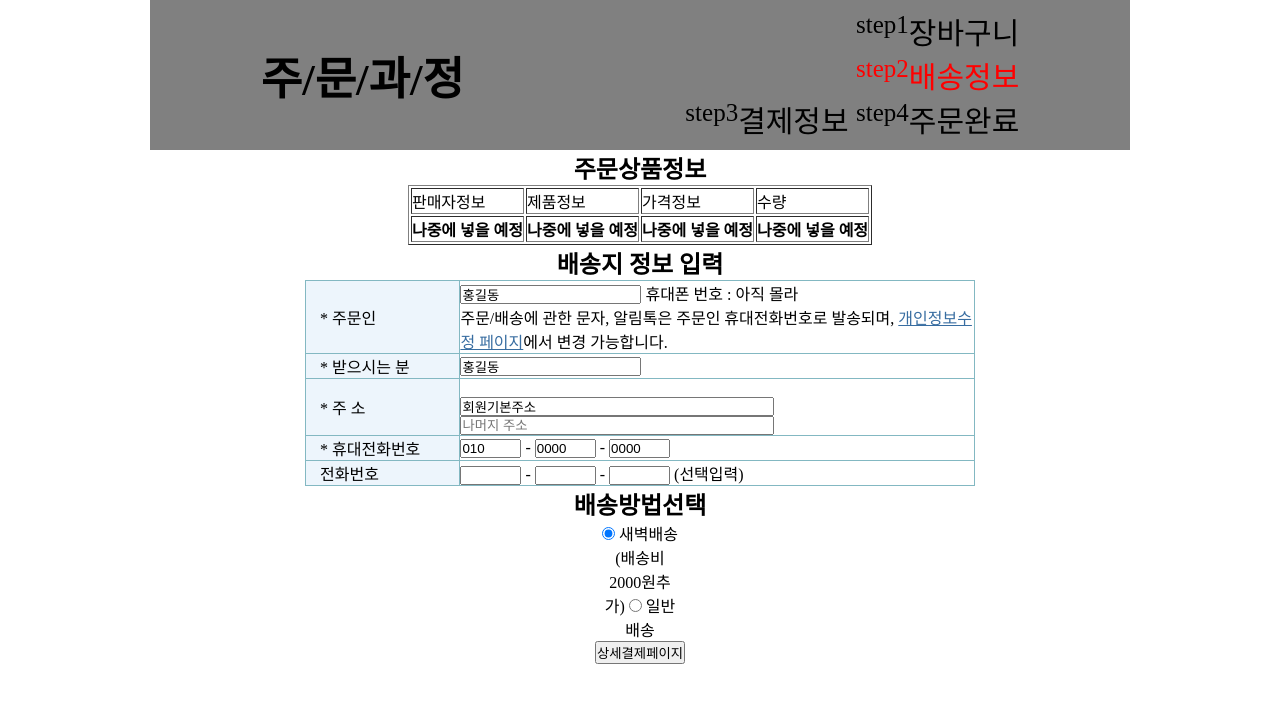
Repository: kym-1000/book
Page: http://localhost/book/WEB-INF/views/cart/ShippingInformation.jsp
These files come from the project's save history. The page is drawn as it stood at one moment and after the next save; the edit follows.
The browser window is 1280 px wide. The pictures show the whole page.
The page is served by Tomcat 9. Nobody is signed in. Other server files are loaded and not shown. The template is opened directly, without the code that normally fills it, so the values that code supplies are empty.

Above is the page before, as saved 2023-01-02 05:21:22.

### book/book/src/main/webapp/WEB-INF/views/cart/ShippingInformation.jsp
<%@ page language="java" contentType="text/html; charset=UTF-8"
    pageEncoding="UTF-8"%>
<%@ taglib uri="http://java.sun.com/jsp/jstl/core" prefix="c" %>

<!DOCTYPE html>
<html>
<head>
<meta charset="UTF-8">
<title>Insert title here</title>
<style type="text/css">


	*{
		margin: auto;
		padding: 0;
		}


	#pagetop{
		margin-left: 150px;
		margin-right: 150px;
	    background-color: grey;
	    font-size: 30px;
		height: 150px;
		display : flex;
	  	/* justify-content : center; */
	  	align-items : center;
		}

	#productinfo{
		margin-left: 150px;
		margin-right: 150px;
		display : flex;
		align-items : center;
		}

	#DefaultAddr{
		margin-left: 150px;
		margin-right: 150px;
		display : flex;
		align-items : center;
		}

	#productprice{
		margin-left: 600px;
		margin-right: 600px;
		display : flex;
		align-items : center;
		border: 1 solid;
		text-align: center;
	}

	#btn{
		text-align: center;
		align-items : center;
		display : flex;
	}



</style>
</head>
<body>

	<div id="pagetop">
		<h2 style="text-align: left;">
			주/문/과/정
		</h2>
		<div style="text-align: right;">
		<sup>step1</sup>장바구니
		<div style="color: red">
		<sup>step2</sup>배송정보
		</div>
		<sup>step3</sup>결제정보
		<sup>step4</sup>주문완료
		</div>
	</div>

		<h2 style="text-align: center;">
			주문상품정보
		</h2>

	<div id="productinfo">
		<table border="1">
			<tr>
				<td>판매자정보</td>
				<td>제품정보</td>
				<td>가격정보</td>
				<td>수량</td>
			</tr>
			<tr>
				<th>나중에 넣을 예정</td>
				<th>나중에 넣을 예정</td>
				<th>나중에 넣을 예정</td>
				<th>나중에 넣을 예정</td>
			</tr>
		</table>
	</div>

	<h2 style="text-align: center;">배송지 정보 입력</h2>

	<form action="/cart/pay" method="get">

		<div id="DefaultAddr">
			<table id="Table1" cellspacing="1" cellpadding="3" width="670" bgcolor="#83b8c2" border="0" align="center">
				<tbody>
				<tr>
					<td  bgcolor="#edf5fc" style="padding-left:14px; text-align: left; width: 23%"><span class="warning">* </span>주문인</td>
					<td bgcolor="#ffffff">
						<input type="text" name="OrdererName" class="form" value="홍길동" maxlength="20">

						 휴대폰 번호 : 아직 몰라 <br>주문/배송에 관한 문자, 알림톡은 주문인 휴대전화번호로 발송되며,  <a style="color:#386da1" href="#" target="_blank">개인정보수정 페이지</a>에서 변경 가능합니다.

					</td>
				</tr>
				<tr>
					<td bgcolor="#edf5fc" style="padding-left:14px; text-align: left; width: 23%"><span class="warning">* </span>받으시는 분</td>
					<td bgcolor="#ffffff"><input class="form" type="text" maxlength="20" value="홍길동" name="ReceiverName">

					</td>
				</tr>

				<tr>
					<td bgcolor="#edf5fc" style="padding-left:14px; text-align: left; width: 23%"><span class="warning">*</span>
						주 소</td>
					<td bgcolor="#ffffff">

							<br>
							<input type="text" id="Address1" name="Address1" class="form" style="width:310px" maxlength="50" readonly="readonly" value="회원기본주소">
							<br>
							<input type="text" id="Address2" name="Address2" class="form" style="width:310px" maxlength="100" value="" placeholder="나머지 주소">

					</td>
				</tr>
				<tr>
					<td bgcolor="#edf5fc" style="padding-left:14px; text-align: left; width: 23%"><span class="warning">* </span>휴대전화번호</td>
					<td bgcolor="#ffffff">
					<input class="form" type="text" maxlength="4" size="5" name="Hp1" value="010"> -
					 <input class="form" type="text" maxlength="4" size="5" name="Hp2" value="0000"> -
					  <input class="form" type="text" maxlength="4" size="5" name="Hp3" value="0000">


					</td>
				</tr>
				<tr>
					<td bgcolor="#edf5fc" style="padding-left:14px; text-align: left; width: 23%">
						전화번호</td>
					<td bgcolor="#ffffff">
					<input class="form" type="text" maxlength="4" size="5" name="Tel1" value=""> -
					 <input class="form" type="text" maxlength="4" size="5" name="Tel2" value=""> -
					  <input class="form" type="text" maxlength="4" size="5" name="Tel3" value=""> (선택입력)</td>
				</tr>
				</tbody></table>
		</div>

		<h2 style="text-align: center;">배송방법선택</h2>

		<div id="productprice" style="text-align: center;">
			<fieldset style="border: none;">
			  <label>
			    <input type="radio" name="contact" value="dawn" checked />
			    <span>새벽배송(배송비2000원추가)</span>
			  </label>

			  <label>
			    <input type="radio" name="contact" value="normal" />
			    <span>일반배송</span>
			  </label>
			</fieldset>

		</div>

		<button type="submit" id="btn" >상세결제페이지</button>

		</form>



</body>
</html>

After the next save:
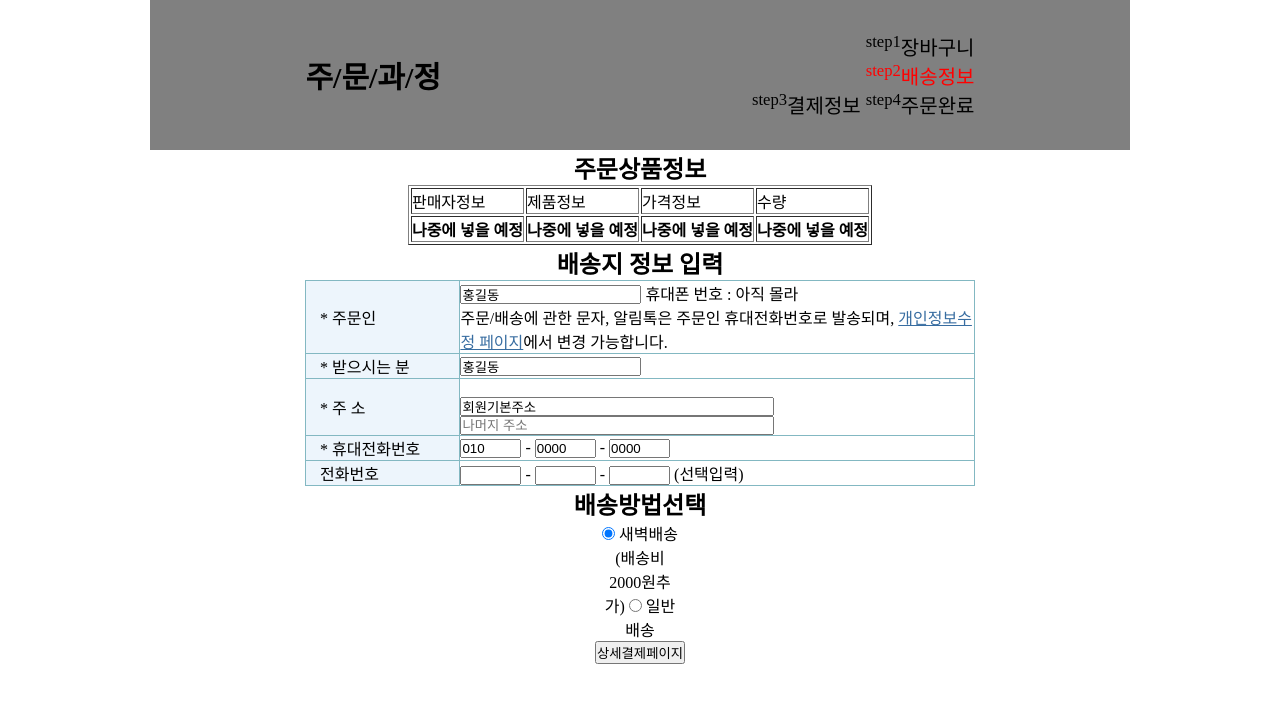
Saved 58 s later.
--- a/book/book/src/main/webapp/WEB-INF/views/cart/ShippingInformation.jsp
+++ b/book/book/src/main/webapp/WEB-INF/views/cart/ShippingInformation.jsp
@@ -20,7 +20,7 @@
 		margin-left: 150px;
 		margin-right: 150px;
 	    background-color: grey;
-	    font-size: 30px;
+	    font-size: 20px;
 		height: 150px;
 		display : flex;
 	  	/* justify-content : center; */
